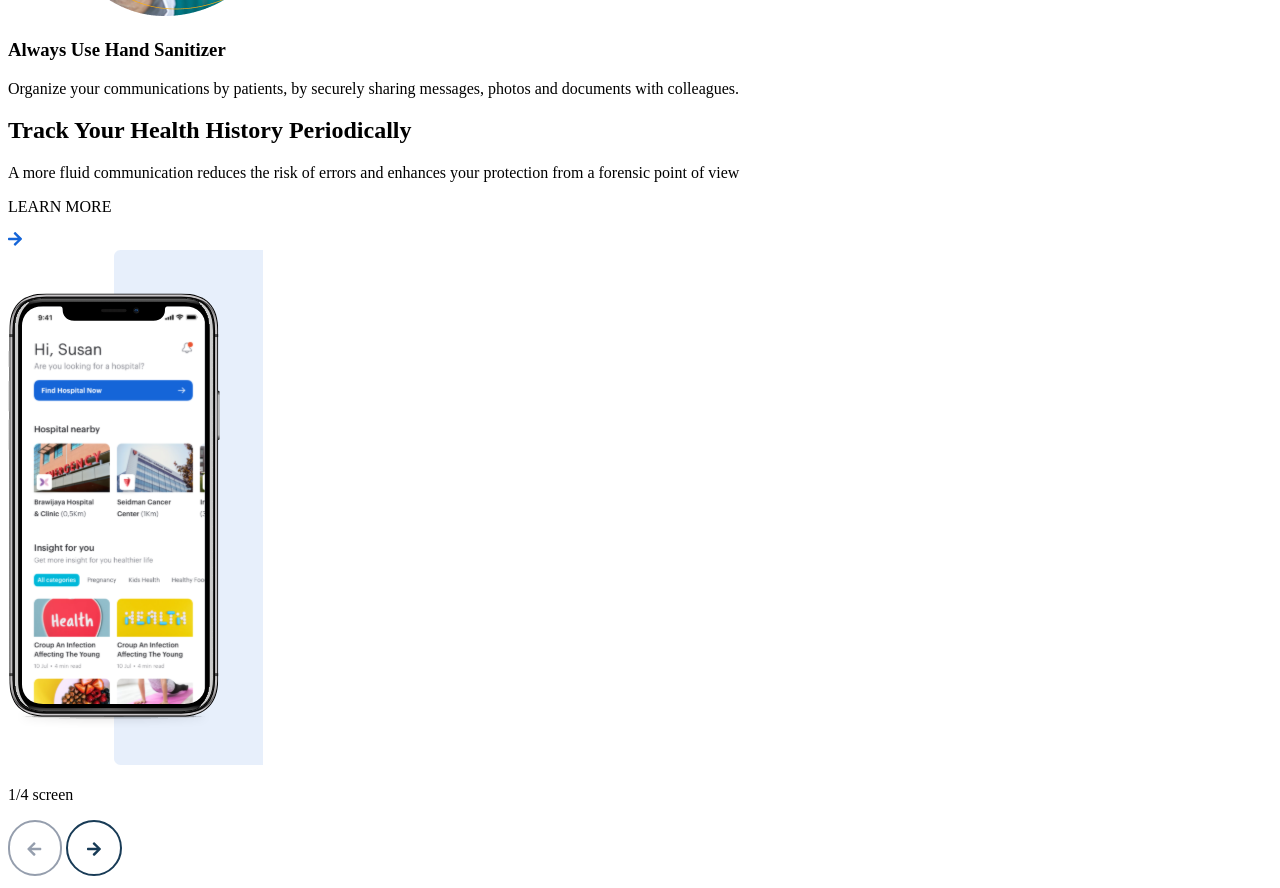
Repository: Esttevo/prova-html-css
Page: index.html
These files come from the project's save history. The page is drawn as it stood at one moment and after a run of saves; the edit follows.
The browser window is 1280 px wide. The pictures show the part of the page from y = 3569 to 4521 px (the page is 4457 px tall before and 4579 px after).
A picture or video elsewhere on the page could not be fetched, so the positions and the page height are approximate.

Above is the page before, as saved 2026-08-31 16:58:14.

After the next 2 saves:
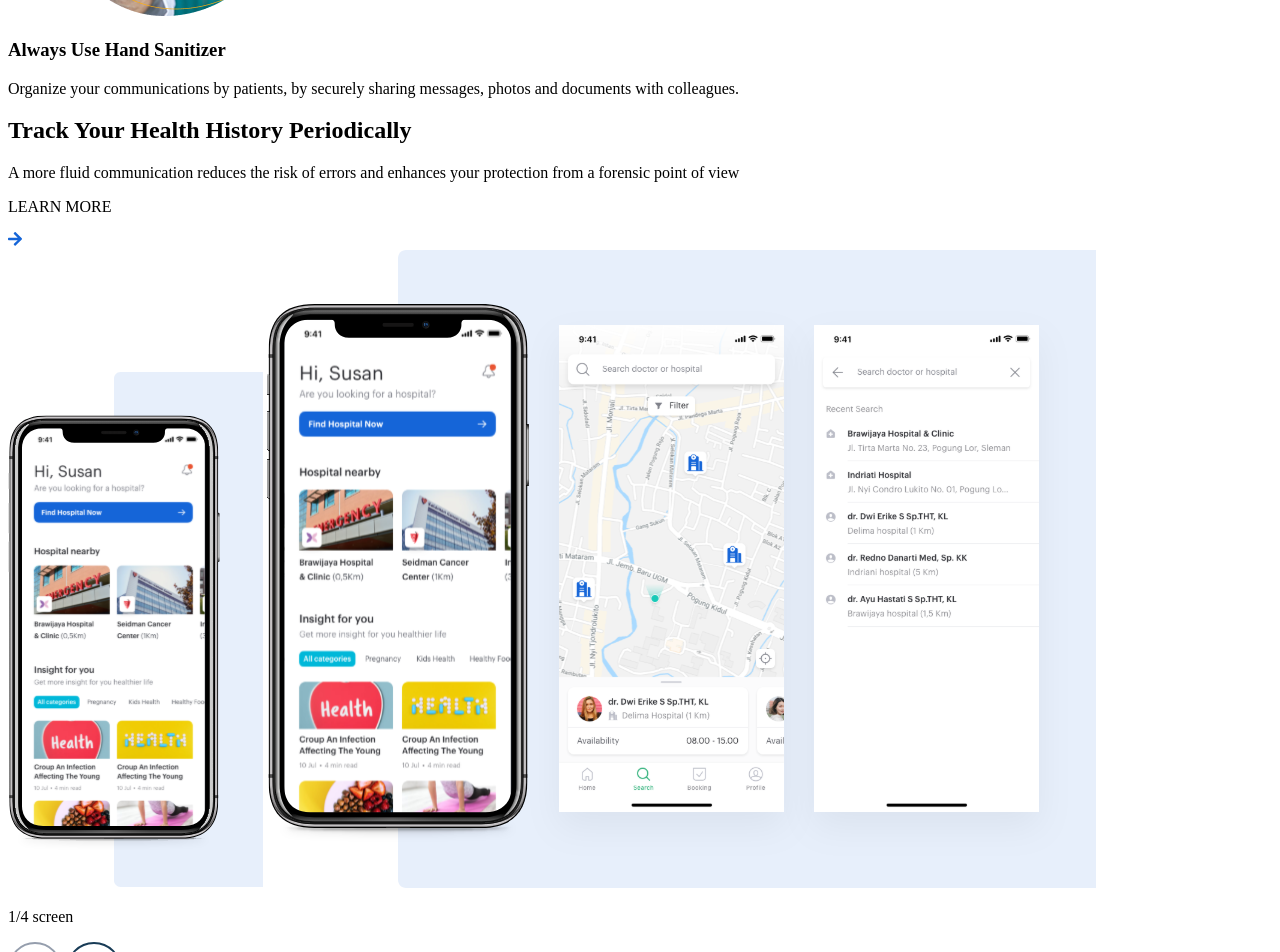
The 2 saves are shown as one change because they came seconds apart.
The last was saved 6 s later.
--- a/index.html
+++ b/index.html
@@ -252,7 +252,7 @@
             </div>
 
            <img id="image-mobile" src="img/image-health-mobile.svg" alt="iphone em um site">
-            <img id="image-desktop" src="" alt="">
+            <img id="image-desktop" src="img/image-health-desktop.svg" alt="">
            <div id="count-pages">
                 <p>1/4 screen</p>
 
